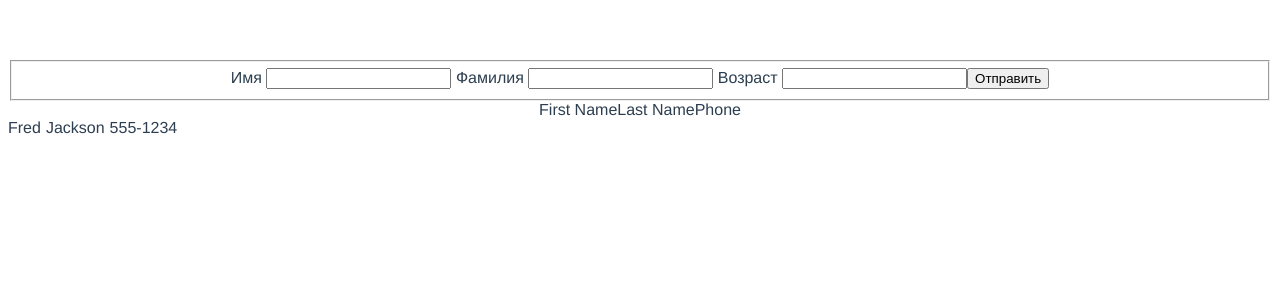
Repository: shum89/test-vue-table
Page: /
The author's editor kept a copy of each file at every save. The page is drawn from the files as they stood at one save, then again after the next save.
The browser window is 1280 px wide. The pictures show the whole page.
The project was rebuilt for these pictures with package versions that can differ from the ones it lists, and the page was loaded fresh each time. Also part of the build but not shown: vue.config.js.

Above is the page before, as saved 2021-07-17 14:32:06.

### src/App.vue
<template>
  <form>
    <fieldset>
      <label for="firstName">
        Имя
        <input type="text" id="firstName" />
      </label>

      <label for="lastName">
        Фамилия
        <input type="text" id="lastName" />
      </label>
      <label for="age">
        Возраст
        <input type="number" id="age" />
      </label>
      <button type="submit">Отправить</button>
    </fieldset>
  </form>
  <div class="table" role="grid" aria-colcount="3">
    <div class="table__row-group" role="rowgroup">
      <div class="table__row-group" role="row">
        <span role="columnheader" aria-colindex="1">First Name</span>
        <span role="columnheader" aria-colindex="2">Last Name</span>
        <span role="columnheader" aria-colindex="3">Phone</span>
      </div>
      <div role="rowgroup">
        <div class="table__row" role="row">
          <span role="gridcell" aria-colindex="1">Fred</span>
          <span role="gridcell" aria-colindex="2">Jackson</span>
          <span role="gridcell" aria-colindex="3">555-1234</span>
        </div>
      </div>
    </div>
    <div role="row"></div>
  </div>
</template>

<script>
export default {
  name: 'App',
  components: {},
};
</script>

<style>
#app {
  font-family: Avenir, Helvetica, Arial, sans-serif;
  -webkit-font-smoothing: antialiased;
  -moz-osx-font-smoothing: grayscale;
  text-align: center;
  color: #2c3e50;
  margin-top: 60px;
}
.table__row {
  display: flex;
  gap: 5px;
}
</style>

Loaded but not shown: public/index.html (common file); src/main.js (common file)

After the next save:
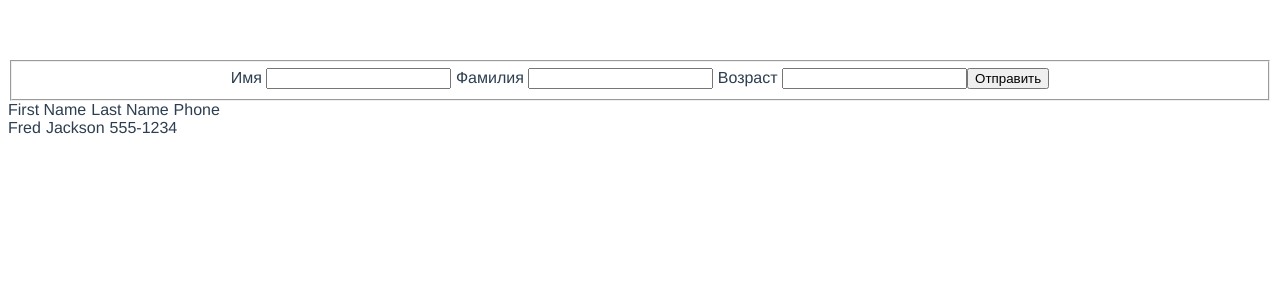
Saved 14 s later.
--- a/src/App.vue
+++ b/src/App.vue
@@ -19,7 +19,7 @@
   </form>
   <div class="table" role="grid" aria-colcount="3">
     <div class="table__row-group" role="rowgroup">
-      <div class="table__row-group" role="row">
+      <div class="table__row" role="row">
         <span role="columnheader" aria-colindex="1">First Name</span>
         <span role="columnheader" aria-colindex="2">Last Name</span>
         <span role="columnheader" aria-colindex="3">Phone</span>
